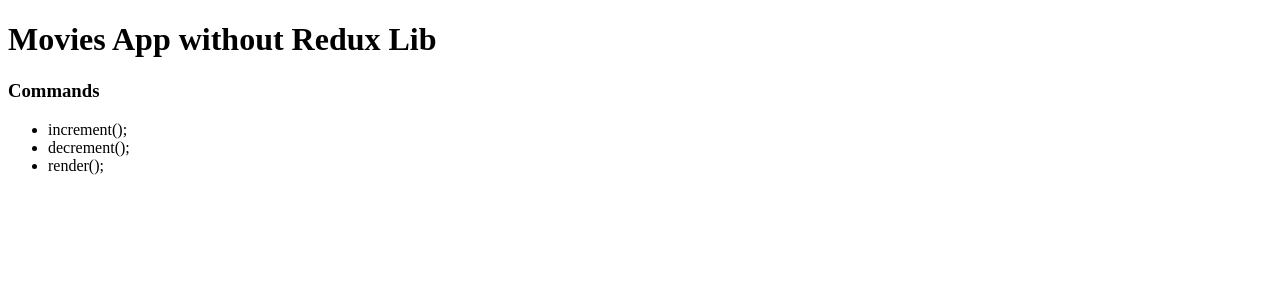
Repository: Kischa-hub/implement-Redux-from-scratch
Page: movies.html
These files come from the project's save history. The page is drawn as it stood at one moment and after the next save; the edit follows.
The browser window is 1280 px wide. The pictures show the whole page.

Above is the page before, as saved 2021-02-03 11:29:43.

After the next save:
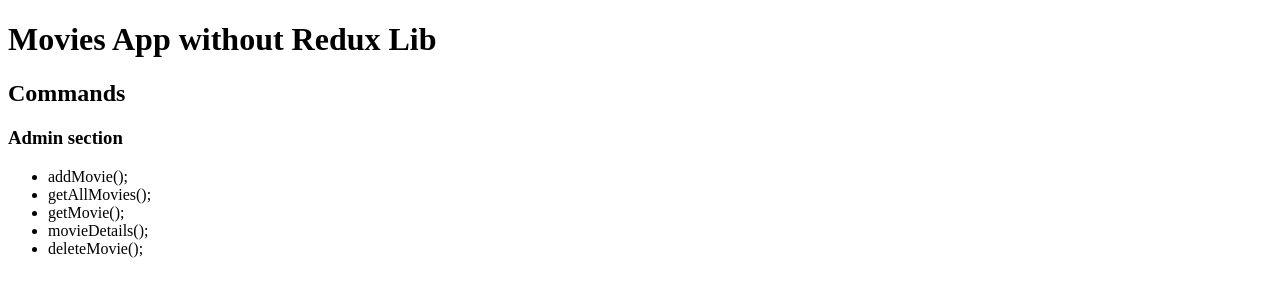
Saved 31 min 22 s later.
--- a/movies.html
+++ b/movies.html
@@ -8,11 +8,14 @@
   <body>
     <script src="app2.js"></script>
     <h1>Movies App without Redux Lib</h1>
-    <h3>Commands</h3>
+    <h2>Commands</h2>
+    <h3>Admin section</h3>
     <ul>
-      <li>increment();</li>
-      <li>decrement();</li>
-      <li>render();</li>
+      <li>addMovie();</li>
+      <li>getAllMovies();</li>
+      <li>getMovie();</li>
+      <li>movieDetails();</li>
+      <li>deleteMovie();</li>
     </ul>
   </body>
 </html>
